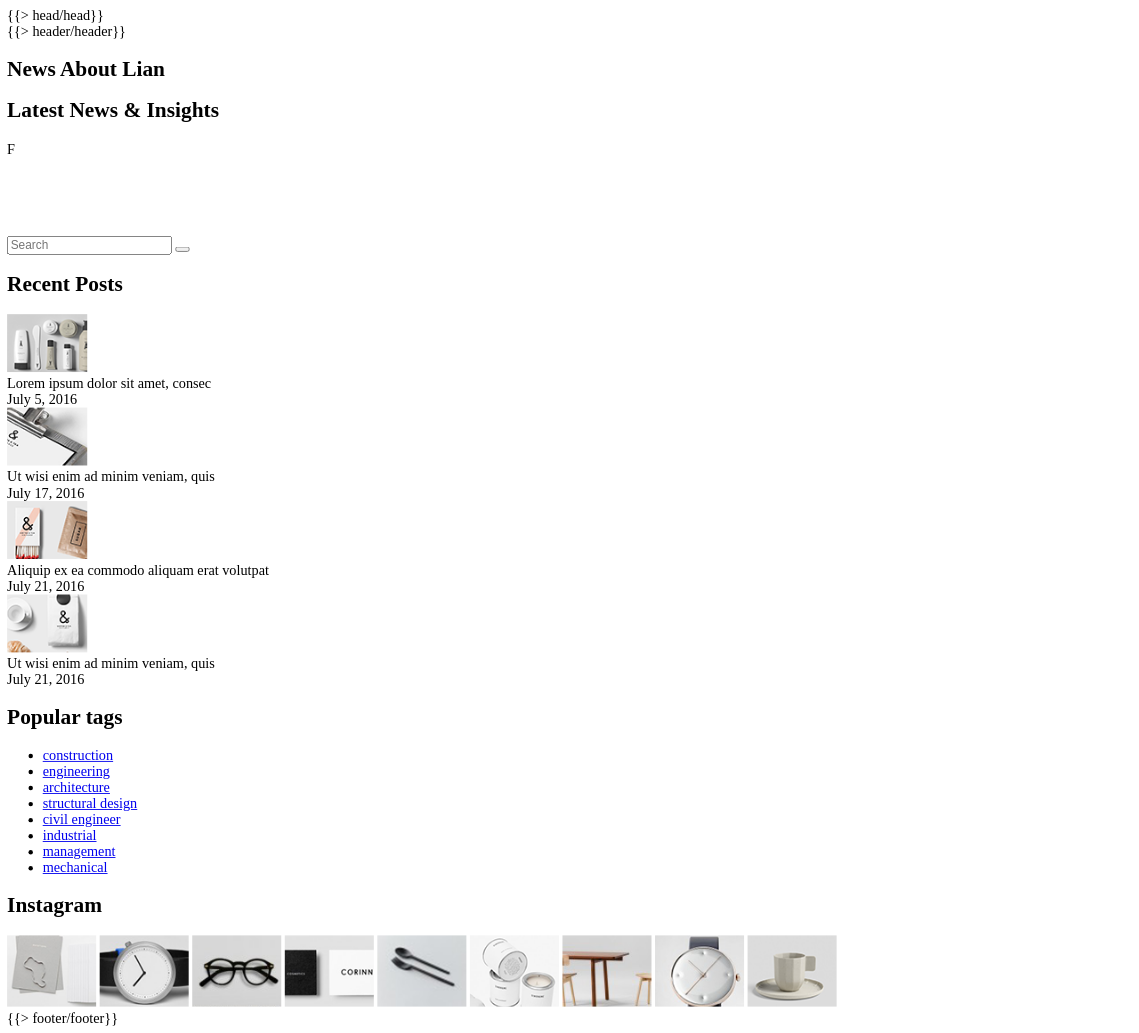
Repository: nataliiasaltan/Lian
Page: src/blog.html
These files come from the project's save history. The page is drawn as it stood at one moment and after the next save; the edit follows.
The browser window is 1280 px wide. The pictures show the whole page, at 89% of full size.

Above is the page before, as saved 2020-05-23 17:21:00.

### src/blog.html
<!DOCTYPE html>
<html lang="en">
<title>lian</title>

<head>
    {{> head/head}}
</head>

<body>
    <div class="wrapper">
        {{> header/header}}
        <main>
            <section class="blog">
                <div class="banner">
                    <div class="top"></div>
                    <div class="banner__head" style="background-image: url(images/heading4.png);">
                    </div>
                    <div class="banner__inner">
                        <h1 class="banner__title">News About Lian</h1>
                        <h2 class="banner__content">Latest News & Insights</h2>
                    </div>
                </div>
                <div class="blog__container">
                    <div class="blog__main">
                        <div class="blog__wrapper">
                            <div class="blog__post">
                                <div class="blog__inner">
                                    <a href="#" class="blog__btn"></a>
                                    <h4 class="bold"></h4>
                                    <div class="blog__content">
                                        <i class="icon-user"></i> F
                                        <span></span>
                                        <a href="#" class="blog__avtor"> </a>
                                    </div>
                                    <div class="blog__text">
                                        <p></p>
                                    </div>
                                    <div class="blog__holder">
                                        <div class="blog__date">
                                            <i></i>
                                            <span></span>

                                        </div>
                                    </div>
                                </div>
                            </div>
                            <div class="blog__post">
                                <a href=""><img src="" alt=""></a>
                            </div>
                            <div class="blog__post">
                                <a href=""><img src="" alt=""></a>
                            </div>
                        </div>
                        <div class="blog__wrapper">
                            <div class="blog__post">
                                <a href=""><img src="" alt=""></a>
                            </div>
                            <div class="blog__post"></div>
                            <div class="blog__post">
                                <a href=""><img src="" alt=""></a>
                            </div>
                        </div>
                    </div>
                    <div class="blog__aside">
                        <form class="search-form" action="#">
                            <input placeholder="Search" class="aside__input">
                            <button class="aside__btn">
                                <i class="icon-search aside__search"></i>
                            </button>
                        </form>
                        <div class="aside__wrapper">
                            <h2 class="aside__head">Recent Posts</h2>
                            <div class="aside__inner">
                                <div class="aside__post">
                                    <div class="aside__img">
                                        <a href="#"><img src="images/asidePost1.png" alt=""></a>
                                    </div>
                                    <div class="aside__holder">
                                        <div class="aside__text">Lorem ipsum dolor sit amet, consec</div>
                                        <div class="aside__time" datetime="2017-07-05T18:18">July 5, 2016</div>
                                    </div>
                                </div>
                                <div class="aside__post">
                                    <div class="aside__img">
                                        <a href="#"><img src="images/asidePost2.png" alt=""></a>
                                    </div>
                                    <div class="aside__holder">
                                        <div class="aside__text">Ut wisi enim ad minim veniam, quis</div>
                                        <div class="aside__time" datetime="2017-07-17T18:18">July 17, 2016</div>
                                    </div>
                                </div>
                                <div class="aside__post">
                                    <div class="aside__img">
                                        <a href="#"><img src="images/asidePost3.png" alt=""></a>
                                    </div>
                                    <div class="aside__holder">
                                        <div class="aside__text">Aliquip ex ea commodo aliquam erat volutpat</div>
                                        <div class="aside__time" datetime="2017-07-21T18:18">July 21, 2016</div>
                                    </div>
                                </div>
                                <div class="aside__post">
                                    <div class="aside__img">
                                        <a href="#"><img src="images/asidePost4.png" alt=""></a>
                                    </div>
                                    <div class="aside__holder">
                                        <div class="aside__text">Ut wisi enim ad minim veniam, quis</div>
                                        <div class="aside__time" datetime="2017-07-17T18:18">July 21, 2016</div>
                                    </div>
                                </div>
                            </div>
                        </div>
                        <div class="aside__wrapper">
                            <h2 class="aside__head">Popular tags</h2>
                            <ul class="aside__inner wrap">
                                <li class="aside__container"><a href="#" class="aside__link">construction</a></li>
                                <li class="aside__container"><a href="#" class="aside__link">engineering</a></li>
                                <li class="aside__container"><a href="#" class="aside__link">architecture</a></li>
                                <li class="aside__container"><a href="#" class="aside__link">structural design</a></li>
                                <li class="aside__container"><a href="#" class="aside__link">civil engineer</a></li>
                                <li class="aside__container"><a href="#" class="aside__link">industrial</a></li>
                                <li class="aside__container"><a href="#" class="aside__link">management</a></li>
                                <li class="aside__container"><a href="#" class="aside__link">mechanical</a></li>
                            </ul>
                        </div>
                        <div class="aside__wrapper">
                            <h2 class="aside__head">Instagram</h2>
                            <div class="aside__instagram">
                                <img src="images/asideInstagram1.png" alt="" class="instagram__img">
                                <img src="images/asideInstagram2.png" alt="" class="instagram__img">
                                <img src="images/asideInstagram3.png" alt="" class="instagram__img">
                                <img src="images/asideInstagram4.png" alt="" class="instagram__img">
                                <img src="images/asideInstagram5.png" alt="" class="instagram__img">
                                <img src="images/asideInstagram6.png" alt="" class="instagram__img">
                                <img src="images/asideInstagram7.png" alt="" class="instagram__img">
                                <img src="images/asideInstagram8.png" alt="" class="instagram__img">
                                <img src="images/asideInstagram9.png" alt="" class="instagram__img">
                            </div>
                        </div>
                    </div>
                </div>
            </section>
        </main>
        {{> footer/footer}}
    </div>
</body>

</html>

After the next save:
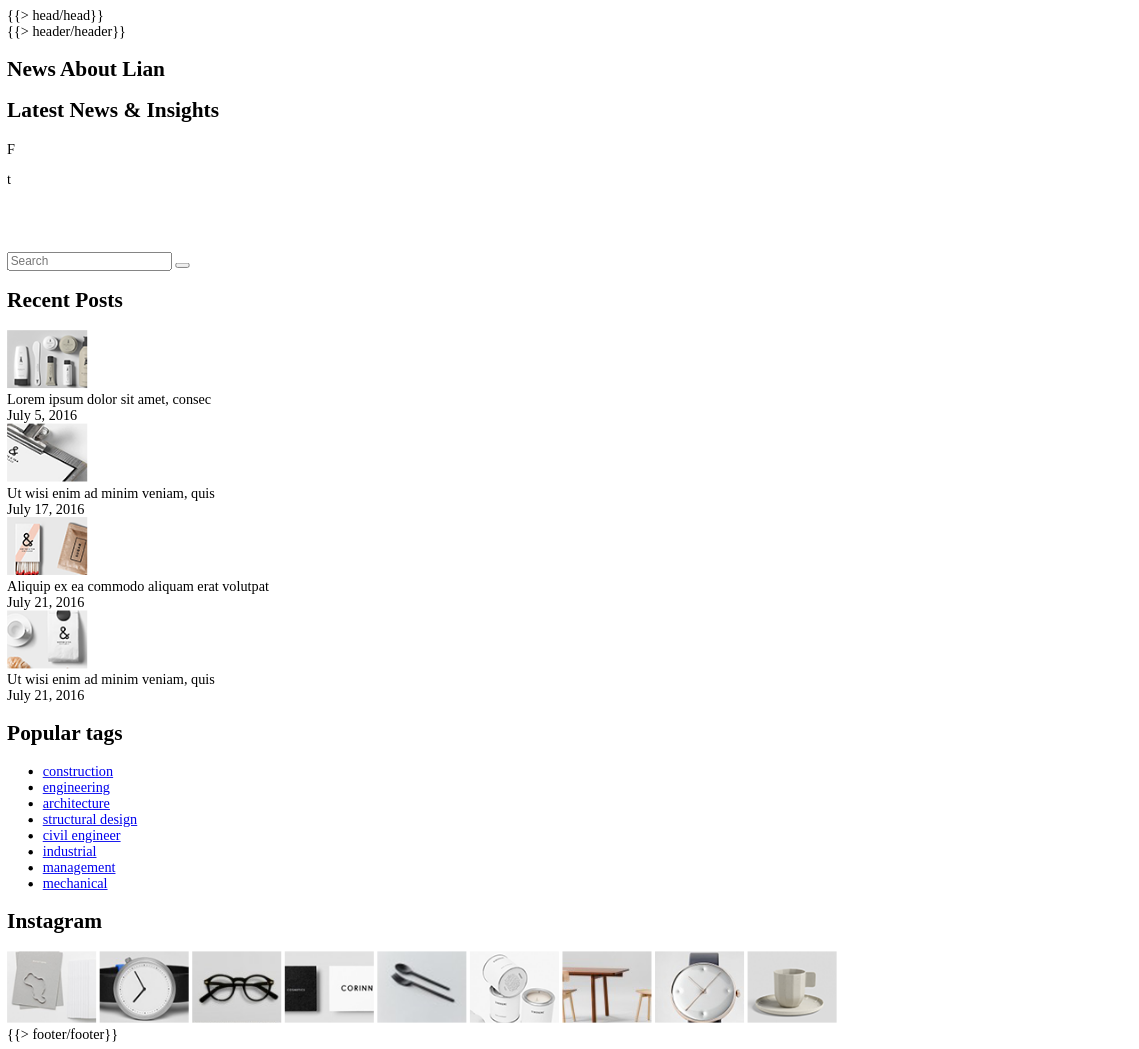
Saved 32 s later.
--- a/src/blog.html
+++ b/src/blog.html
@@ -38,8 +38,7 @@
                                     <div class="blog__holder">
                                         <div class="blog__date">
                                             <i></i>
-                                            <span></span>
-
+                                            <span></span> t
                                         </div>
                                     </div>
                                 </div>
